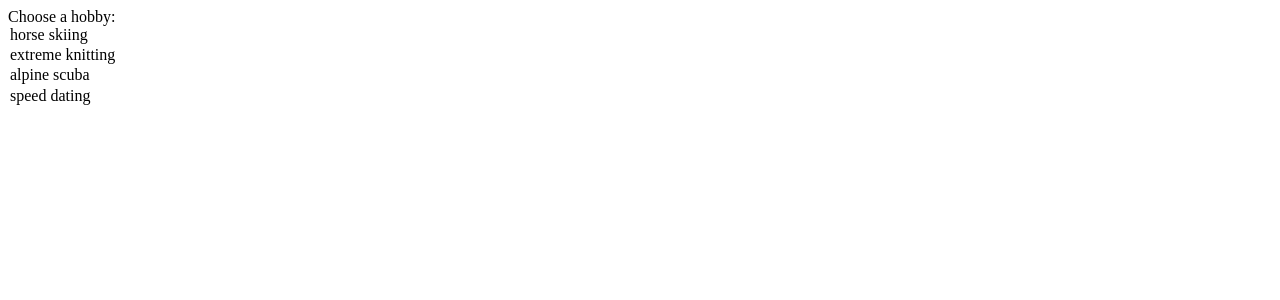
Repository: Freshield/GAEJSP
Page: real-headfirst/Chp7.1/WebContent/tester.html
An editor plug-in stored every save of this project. The page is shown before and after the next save, followed by the edit.
The browser window is 1280 px wide. The pictures show the whole page.

Above is the page before, as saved 2016-03-26 20:18:50.

After the next save:
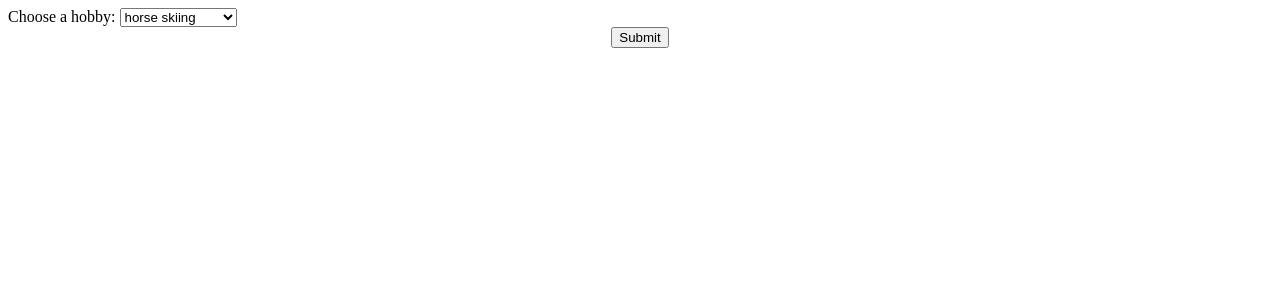
Saved 2 min 3 s later.
--- a/real-headfirst/Chp7.1/WebContent/tester.html
+++ b/real-headfirst/Chp7.1/WebContent/tester.html
@@ -7,10 +7,13 @@
 <body>
 <form action="HobbyPage.do" method="post">
 	Choose a hobby:
-	<option>horse skiing
-	<option>extreme knitting
-	<option>alpine scuba
-	<option>speed dating
+	<select name="hobby" size="1">
+		<option>horse skiing
+		<option>extreme knitting
+		<option>alpine scuba
+		<option>speed dating
+
+	</select>
 	<center>
 		<input type="SUBMIT">
 	</center>
